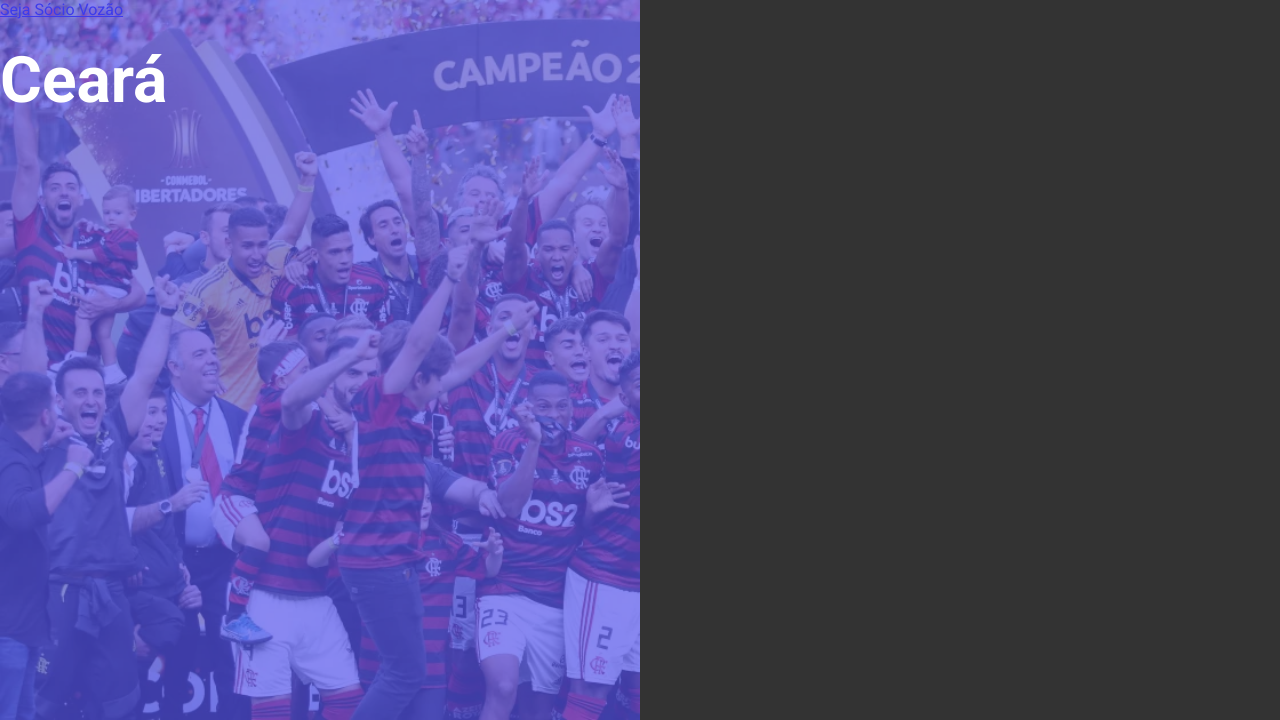
Repository: Williamlmachado/Divis-o-de-P-gina
Page: index.html
The author's editor kept a copy of each file at every save. The page is drawn from the files as they stood at one save, then again after the next save.
The browser window is 1280 px wide. The pictures show the whole page.

Above is the page before, as saved 2021-08-17 09:50:38.

After the next save:
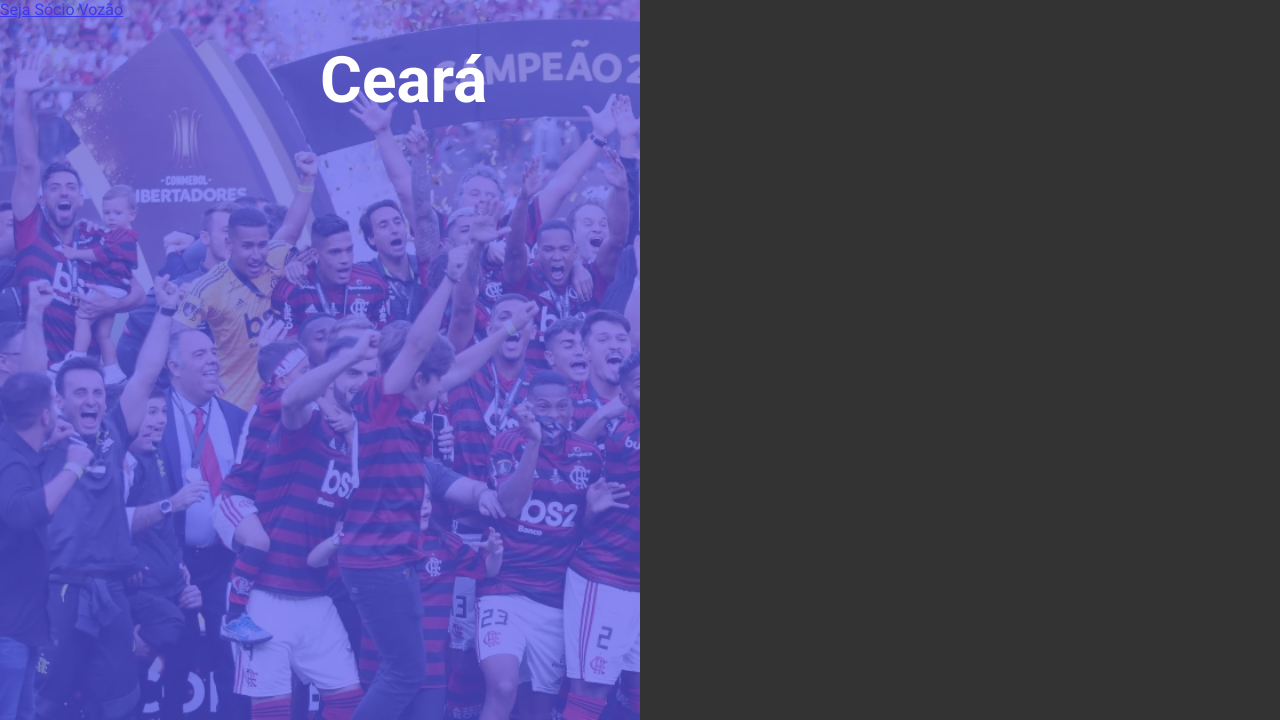
Saved 4 s later.
--- a/style.css
+++ b/style.css
@@ -24,7 +24,8 @@
  font-size: 4rem;
  color: #fff;
  position: absolute;
- left: ;
+ left: 50%;
+
 }
 .container{
     position: relative;
